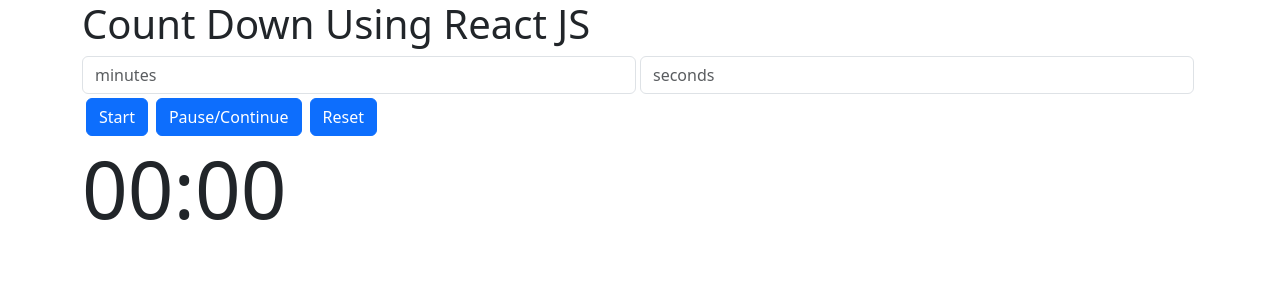
Repository: maheshdama13/reactjs-count-down
Page: /
The author's editor kept a copy of each file at every save. The page is drawn from the files as they stood at one save, then again after the next save.
The browser window is 1280 px wide. The pictures show the whole page.
The project was rebuilt for these pictures with package versions that can differ from the ones it lists, and the page was loaded fresh each time. Also part of the build but not shown: src/App.css.

Above is the page before, as saved 2022-07-01 02:19:51.

After the next save:
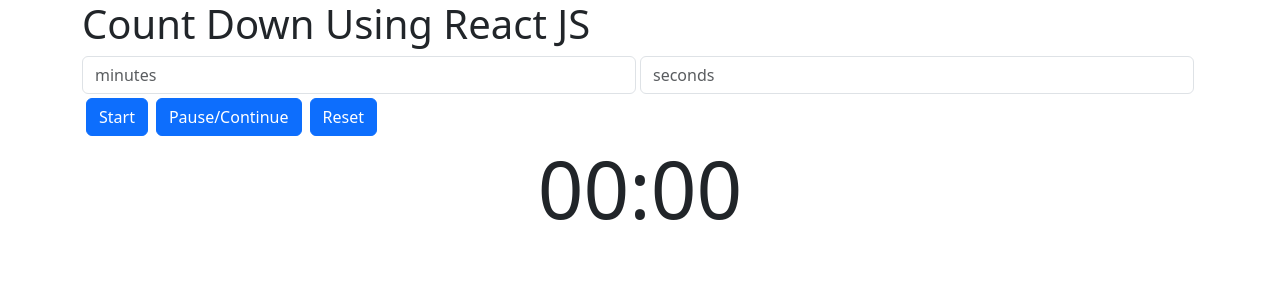
Saved 10 s later.
--- a/src/components/CountDown.js
+++ b/src/components/CountDown.js
@@ -68,7 +68,7 @@
       </form>
 
 
-      <h1 className='display-1'>{formattedTimer} {isTimerRunning ? 'Running' : ''}</h1>
+      <h1 className='display-1 text-center'>{formattedTimer} {isTimerRunning ? 'Running' : ''}</h1>
     </div>
   )
 }
